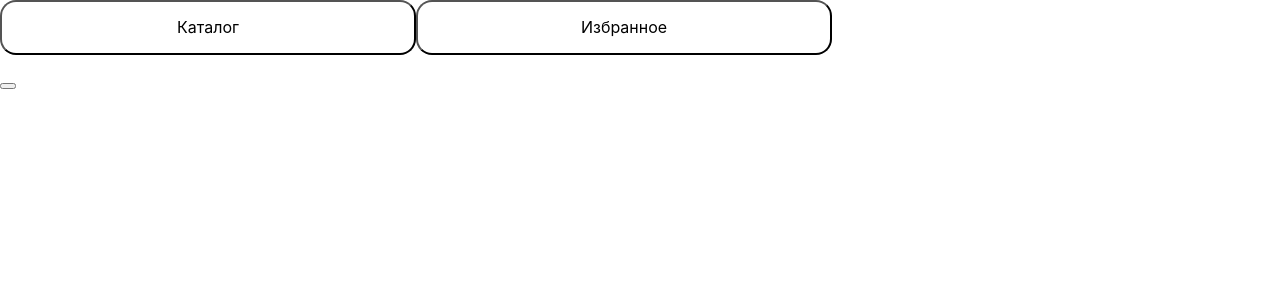
Repository: AnnaLink22/test
Page: pages/index.html
These files come from the project's save history. The page is drawn as it stood at one moment and after the next save; the edit follows.
The browser window is 1280 px wide. The pictures show the whole page.
The page's requests for data from a server got no answer. Some web fonts or font styles are not loaded; a fallback is used.

Above is the page before, as saved 2021-10-30 12:52:09.

After the next save:
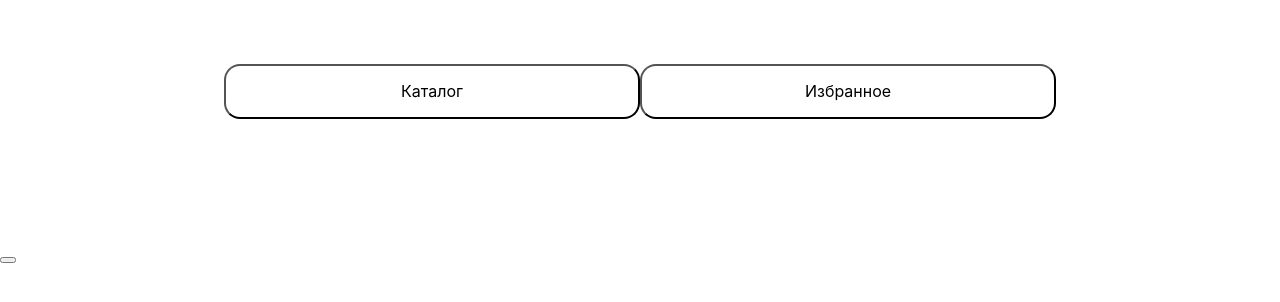
Saved 31 s later.
--- a/blocks/content/content.css
+++ b/blocks/content/content.css
@@ -1,3 +1,4 @@
 .content {
   width: 65%;
+  margin: 64px auto 126px;
 }
